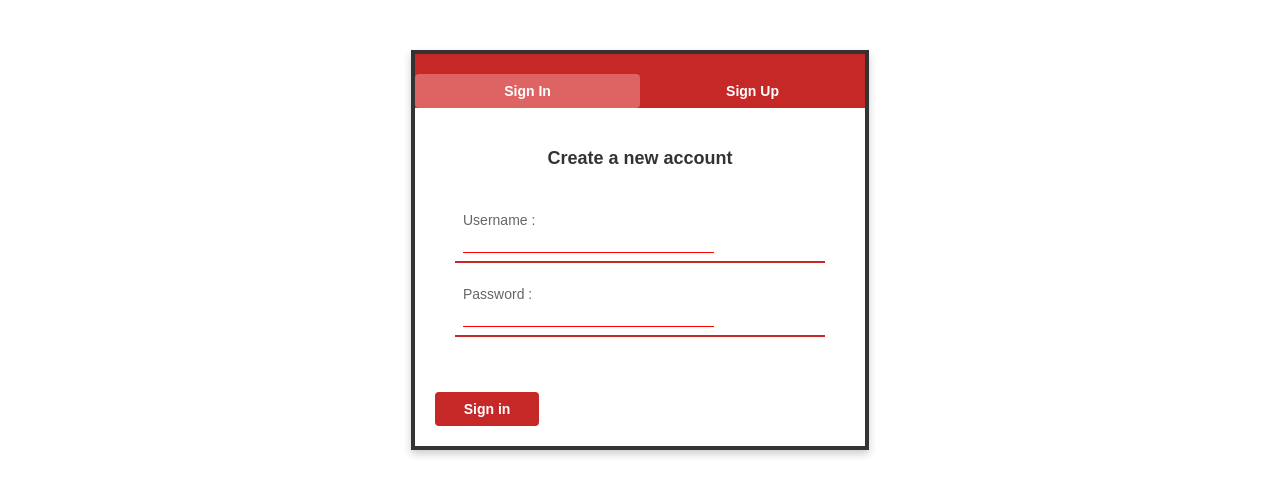
Repository: sebounti/holbertonschool-cinema-guru
Page: / (app in cinema-guru/)
An editor plug-in stored every save of this project. The page is shown before and after the next save, followed by the edit.
The browser window is 1280 px wide. The pictures show the whole page.
The project was rebuilt for these pictures with package versions that can differ from the ones it lists, and the page was loaded fresh each time. Also part of the build but not shown: cinema-guru/src/routes/dashboard/dashboard.css, cinema-guru/src/components/navigation/navigation.css, cinema-guru/src/components/navigation/Header.js, cinema-guru/src/components/components.css, cinema-guru/src/components/Activity.js, cinema-guru/src/components/navigation/SideBar.js, cinema-guru/src/components/movies/movies.css, cinema-guru/src/components/movies/MovieCard.js and 9 more.

Above is the page before, as saved 2024-11-02 22:27:16.

### cinema-guru/src/App.js
import React, { useState, useEffect } from "react";
import Dashboard from "./routes/dashboard/dashboard"; // Import du composant Dashboard
import Authentication from "./routes/auth/Authentication"; // Import du composant Authentication

export default function App() {
  // États du composant
  const [isLoggedIn, setIsLoggedIn] = useState(false);
  const [userUsername, setUserUsername] = useState("");

  // Fonction exécutée lors du montage du composant
  useEffect(() => {
    // Récupérer le token d'accès depuis le localStorage
    const accessToken = localStorage.getItem("accessToken");

    if (accessToken) {
      // Envoi de la requête de vérification d'authentification
      fetch("/api/auth/", {
        method: "POST",
        headers: {
          Authorization: `Bearer ${accessToken}`,
          "Content-Type": "application/json",
        },
      })
        .then((response) => response.json())
        .then((data) => {
          if (data.success) {
            // Vérifier si l'authentification a réussi
            setIsLoggedIn(true);
            setUserUsername(data.username); // Définir le nom d'utilisateur à partir de la réponse
          }
        })
        .catch((error) => {
          console.error("Erreur d'authentification:", error);
          setIsLoggedIn(false); // Réinitialise l'état si la requête échoue
        });
    }
  }, []);

  // Rendu conditionnel selon l'état de connexion
  return isLoggedIn ? (
    <Dashboard username={userUsername} />
  ) : (
    <Authentication />
  );
}

### cinema-guru/src/routes/auth/Authentication.js
import React, { useState } from 'react';
import './auth.css';
import axios from 'axios';
import Login from './login';
import Register from './Register';
import Button from '../../components/general/Button';

export default function Authentication({ setIsLoggedIn, setUserUsername }) {
  const [_switch, setSwitch] = useState(true); // True pour Login, false pour Register
  const [username, setUsername] = useState('');
  const [password, setPassword] = useState('');

  // Fonction handleSubmit pour gérer l'envoi du formulaire
  const handleSubmit = async (e) => {
    e.preventDefault(); // Empêche le rechargement de la page

    try {
      const endpoint = _switch ? '/api/auth/login' : '/api/auth/register';
      const response = await axios.post(endpoint, {
        username,
        password,
      });

      // Si la requête est un succès
      if (response.status === 200) {
        const token = response.data.token;
        localStorage.setItem('accessToken', token); // Stocke le token JWT
        setUserUsername(username); // Met à jour le nom d'utilisateur dans l'état
        setIsLoggedIn(true); // Passe l'état de connexion à vrai
      }
    } catch (error) {
      console.error('Erreur lors de la requête:', error);
      alert('Erreur lors de la connexion ou de l\'inscription');
    }
  };

  return (
    <div className="authentication-container">
      <div className="auth-toggle">
        <Button
          label="Sign In"
          onClick={() => setSwitch(true)}
          className={`toggle-button ${_switch ? 'active' : ''}`}
        />
        <Button
          label="Sign Up"
          onClick={() => setSwitch(false)}
          className={`toggle-button ${!_switch ? 'active' : ''}`}
        />
      </div>

      <form onSubmit={handleSubmit} className="auth-form">
        {_switch ? (
          <Login
            username={username}
            password={password}
            setUsername={setUsername}
            setPassword={setPassword}
          />
        ) : (
          <Register
            username={username}
            password={password}
            setUsername={setUsername}
            setPassword={setPassword}
          />
        )}
        <Button label="Sign in"
                onClick={handleSubmit}
                // eslint-disable-next-line no-undef
                className={Button}
                icon={<i className="fa fa-sign-in"></i>} // Exemple avec une icône FontAwesome
                type="submit" />
      </form>
    </div>
  );
}

### cinema-guru/src/routes/auth/auth.css
/* Conteneur principal de l'authentification */
.authentication-container {
  width: 450px;
  margin: 50px auto;
  border: 4px solid #333;
  box-shadow: 0 4px 8px rgba(0, 0, 0, 0.2);
  font-family: Arial, sans-serif;
}

/* En-tête pour le choix Sign In / Sign Up */
.auth-toggle {
  display: flex;
  justify-content: space-between;
  background-color: #c62828;
  color: white;
}

.toggle-button {
  flex: 1;
  padding: 10px;
  text-align: center;
  cursor: pointer;
  font-weight: bold;
  border: none;
  background: transparent;
  color: white;
}

.toggle-button.active {
  background-color: #de6464;
}

/* Titre du formulaire */
.login-container h2, .register-container h2 {
  text-align: center;
  font-size: 18px;
  color: #333;
  margin-top: 20px;
}

/* Style du formulaire */
.auth-form, .login-form, .register-form {
  padding: 20px;
  display: flex;
  flex-direction: column;

}

/* Groupe de champs */
.input-group {
  display: flex;
  align-items: center;
  margin-bottom: 15px;

}

.input-group label {
  display: flex;
  align-items: center;
  font-size: 14px;
  color: #666;
  margin-right: 10px;
}

/* Champs de saisie */
.input {
  flex: 1;
  border: none;
  border-bottom: 2px solid #c62828;
  padding: 8px;
  font-size: 14px;
}

.input:focus {
  border-bottom-color: #b71c1c;
  outline: none;
}

.button {
  display: inline-flex;
  align-items: center;
  justify-content: center;
  padding: 10px 20px;
  font-size: 14px;
  font-weight: bold;
  color: white;
  background-color: #c62828;
  border: none;
  border-radius: 4px;
  cursor: pointer;
  transition: background-color 0.3s;
}

.button:hover {
  background-color: #b71c1c;
}

.button-icon {
  margin-right: 8px;
}

### cinema-guru/src/routes/auth/login.js
import React from "react";
import "./auth.css";
import Input from "../../components/general/Input";
import Button from "../../components/general/Button";

export default function Login({
  username,
  password,
  setUsername,
  setPassword,
}) {
  // Gestionnaire pour soumettre le formulaire de connexion
  const handleSubmit = (e) => {
    e.preventDefault();
    // Ajoutez ici la logique de connexion, par exemple en appelant une API pour authentifier l'utilisateur
    console.log("Login attempt with:", { username, password });
  };

  return (
    <div className="login-container">
      <h2>Create a new account</h2>
      <form onSubmit={handleSubmit} className="login-form">
        <div className="input-group">
          <Input
            label="Username :"
            type="text"
            value={username}
            setValue={setUsername}
            className="input"
          />
        </div>
        <div className="input-group">
          <Input
            label="Password :"
            type="password"
            value={password}
            setValue={setPassword}
            className="input"
          />
        </div>
      </form>
    </div>
  );
}

### cinema-guru/src/components/general/Button.js
import "./general.css";
import { FontAwesomeIcon } from "@fortawesome/react-fontawesome";

export default function Button({ label, className, onClick, icon }) {
  return (
    <button className={"button " + className} onClick={onClick}>
      {icon && <FontAwesomeIcon icon={icon} className="button-icon" />}
      {label}
    </button>
  );
}

### cinema-guru/src/components/general/Input.js
import "./general.css";
import React from "react";
import { FontAwesomeIcon } from "@fortawesome/react-fontawesome";

const Input = ({
  label,
  type,
  className,
  value,
  setValue,
  icon,
  inputAttributes,
}) => {
  const handleInput = (event) => {
    setValue(event.target.value);
  };

  const id = `input-${label.replace(/\s/g, "").toLowerCase()}`;

  return (
    <div className={`input-container ${className}`}>
      <div className="icon-label">
        {icon && <FontAwesomeIcon icon={icon} />}
        <label htmlFor={id}>{label}</label>
      </div>
      <input
        id={id}
        name={id}
        type={type}
        value={value}
        onChange={handleInput}
        {...inputAttributes}
      />
    </div>
  );
};

export default Input;

### cinema-guru/src/components/general/general.css
.input,
.select,
.button,
.search-bar {
  display: flex;
  flex-direction: column;
  align-items: flex-start;
}

.input label,
.select label {
  font-size: 1.2rem;
}

.input input {
  border: none;
  border-bottom: 1px solid red;
  font-size: 1.2rem;
  outline: none;
}

.date {
  color: white;
}

.date input {
  color: white;
  background-color: #2c2c2c;
}

.select {
  color: white;
}

.select select {
  border: none;
  border-bottom: 1px solid red;
  font-size: 1.2rem;
  outline: none;
  background-color: #2c2c2c;
  color: white;
}

.button {
  display: flex;
  flex-direction: row;
  background-color: #bb000e;
  color: white;
  border: none;
  padding: 0.2rem 0.7rem;
  font-size: 1.2rem;
  cursor: pointer;
  transition: background-color 0.3s ease-in-out;
  width: 104px;
  height: 34px;
  align-items: center;
  justify-content: center;
  margin-top: 20px;
  white-space: nowrap;

}

.button svg {
  display: flex;
  margin-right: 10px;
}

.button:hover {
  background-color: #e31c25;
}

.search-bar {
  position: relative;
  font-style: normal;
  font-weight: 400;
  font-size: 48px;
  line-height: 64px;
}

.search-bar {
  position: relative;
}

.search-input-container {
  display: flex;
  align-items: center;
}

.search-input {
  border: none;
  border-radius: 10rem;
  padding: 0.5rem 0.5rem 0.5rem 2rem;
  font-size: 1.2rem;
  outline: none;
  background-color: #2c2c2c;
  color: white;
}

.search-icon {
  position: absolute;
  color: white;
  opacity: 0.6;
  left: 0.7rem;
  top: 50%;
  transform: translateY(-50%);
  width: 1rem;
  transition: opacity 0.3s ease;
}

.search-bar:hover .search-icon {
  opacity: 1;
}

.search-input::placeholder {
  color: #999999;
}

.search-input:hover::placeholder {
  color: white;
}

Loaded but not shown: cinema-guru/public/index.html (common file); cinema-guru/src/index.js (common file); cinema-guru/src/index.css (common file)

After the next save:
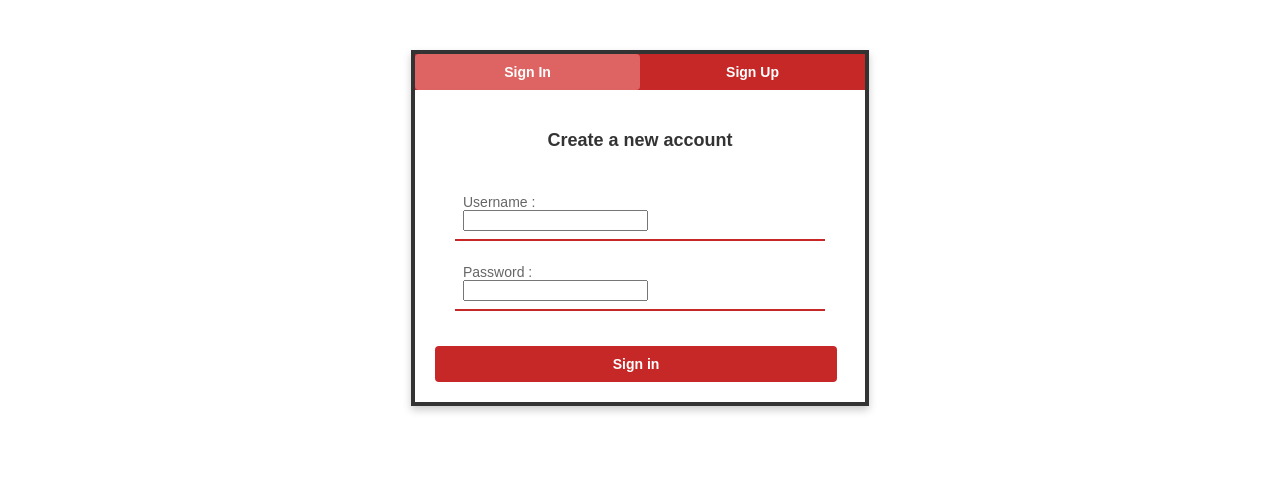
Saved 20 s later.
--- a/cinema-guru/src/components/general/general.css
+++ b/cinema-guru/src/components/general/general.css
@@ -1,120 +1,28 @@
-.input,
-.select,
-.button,
-.search-bar {
+.icon {
+  margin-right: 0.5rem;
+}
+
+.text-input {
   display: flex;
   flex-direction: column;
-  align-items: flex-start;
+  width: 100%;
+  margin: 1.2rem 0;
 }
 
-.input label,
-.select label {
-  font-size: 1.2rem;
+.text-input label .icon {
+  margin-right: 0.5rem;
+  color: var(--primary);
+  opacity: 0.2;
 }
 
-.input input {
+.text-input input {
+  outline: none;
   border: none;
-  border-bottom: 1px solid red;
-  font-size: 1.2rem;
-  outline: none;
+  border-bottom: 1px solid #BB000E;
+  transition: 0.6s;
 }
 
-.date {
-  color: white;
+.text-input input:hover,
+.text-input input:focus {
+  border-bottom-color: #BB000E;
 }
-
-.date input {
-  color: white;
-  background-color: #2c2c2c;
-}
-
-.select {
-  color: white;
-}
-
-.select select {
-  border: none;
-  border-bottom: 1px solid red;
-  font-size: 1.2rem;
-  outline: none;
-  background-color: #2c2c2c;
-  color: white;
-}
-
-.button {
-  display: flex;
-  flex-direction: row;
-  background-color: #bb000e;
-  color: white;
-  border: none;
-  padding: 0.2rem 0.7rem;
-  font-size: 1.2rem;
-  cursor: pointer;
-  transition: background-color 0.3s ease-in-out;
-  width: 104px;
-  height: 34px;
-  align-items: center;
-  justify-content: center;
-  margin-top: 20px;
-  white-space: nowrap;
-
-}
-
-.button svg {
-  display: flex;
-  margin-right: 10px;
-}
-
-.button:hover {
-  background-color: #e31c25;
-}
-
-.search-bar {
-  position: relative;
-  font-style: normal;
-  font-weight: 400;
-  font-size: 48px;
-  line-height: 64px;
-}
-
-.search-bar {
-  position: relative;
-}
-
-.search-input-container {
-  display: flex;
-  align-items: center;
-}
-
-.search-input {
-  border: none;
-  border-radius: 10rem;
-  padding: 0.5rem 0.5rem 0.5rem 2rem;
-  font-size: 1.2rem;
-  outline: none;
-  background-color: #2c2c2c;
-  color: white;
-}
-
-.search-icon {
-  position: absolute;
-  color: white;
-  opacity: 0.6;
-  left: 0.7rem;
-  top: 50%;
-  transform: translateY(-50%);
-  width: 1rem;
-  transition: opacity 0.3s ease;
-}
-
-.search-bar:hover .search-icon {
-  opacity: 1;
-}
-
-.search-input::placeholder {
-  color: #999999;
-}
-
-.search-input:hover::placeholder {
-  color: white;
-}
